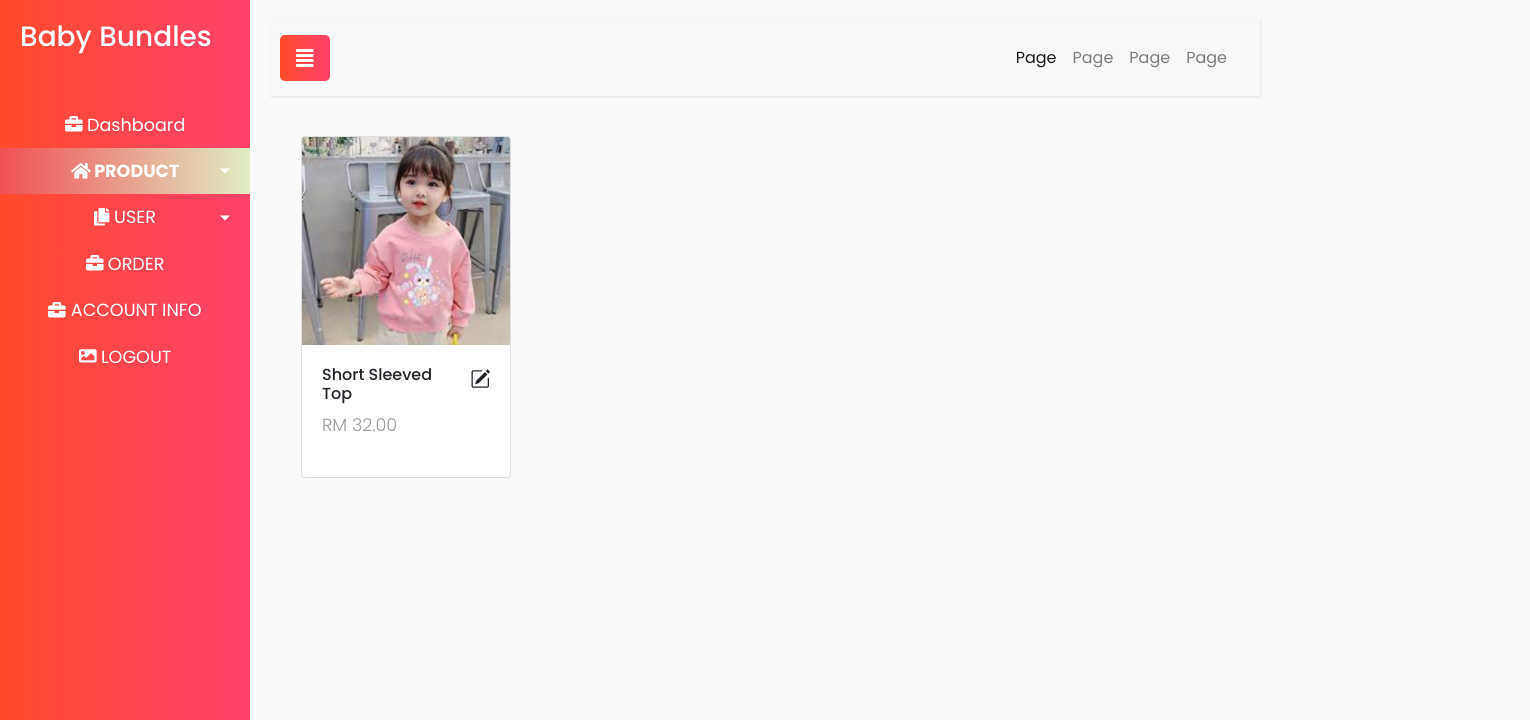
Repository: jiahow99/Baby-Bundles-University
Page: http://localhost/admin.php
These files come from the project's save history. The page is drawn as it stood at one moment and after the next save; the edit follows.
The browser window is 1280 px wide. The page is 1280 px wide, then 1530 px, then 1280 px, so the pictures cover 1530 px, including what lies to the right of the window. The pictures show the whole page.
Some web libraries are served in a nearby version. The page is run by PHP 8.4 with error messages shown; the project is at /var/www/html/. Queries for data that is not in the repository find no rows.

Above is the page before, as saved 2022-11-24 17:53:47.

### admin.php
<!DOCTYPE html>
<html>

<head>
    <meta charset="utf-8">
    <meta name="viewport" content="width=device-width, initial-scale=1.0">
    <meta http-equiv="X-UA-Compatible" content="IE=edge">

    <title>Admin</title>

    <!-- Bootstrap CSS CDN -->
    <link rel="stylesheet" href="https://stackpath.bootstrapcdn.com/bootstrap/4.1.0/css/bootstrap.min.css" integrity="sha384-9gVQ4dYFwwWSjIDZnLEWnxCjeSWFphJiwGPXr1jddIhOegiu1FwO5qRGvFXOdJZ4" crossorigin="anonymous">
    <!-- Our Custom CSS -->
    <link rel="stylesheet" href="css/admin.style.css">

    <!-- Font Awesome JS -->
    <script defer src="https://use.fontawesome.com/releases/v5.0.13/js/solid.js" integrity="sha384-tzzSw1/Vo+0N5UhStP3bvwWPq+uvzCMfrN1fEFe+xBmv1C/AtVX5K0uZtmcHitFZ" crossorigin="anonymous"></script>
    <script defer src="https://use.fontawesome.com/releases/v5.0.13/js/fontawesome.js" integrity="sha384-6OIrr52G08NpOFSZdxxz1xdNSndlD4vdcf/q2myIUVO0VsqaGHJsB0RaBE01VTOY" crossorigin="anonymous"></script>
    <!-- Bootstrap Icon -->
    <link rel="stylesheet" href="https://cdn.jsdelivr.net/npm/bootstrap-icons@1.3.0/font/bootstrap-icons.css">
    <!-- JQuery -->
    <script src="https://code.jquery.com/jquery-3.5.1.min.js"></script>


    <!-- AJAX display all products -->
    <script>
            $(document).ready(function(){
                $.ajax({
                    url: "fetch_product.php",
                    type: "get",
                    dataType: "JSON",
                    success:function(product)
                    {
                        var len = product.length;
                        for(i=0 ; i<len; i++){
                            var str = '<div class="col-3"><a href="#" class="card" ><img class="card-img-top" src="' + product[i].image +'" ><div class="card-body">' +
                            '<div class="row"><div class="col-9"><h6>' + product[i].title + '</h6><p>RM ' + product[i].price + '</p></div>' +
                            '<div class="col-3" style="font-size:20px;"><i class="bi bi-pencil-square"></i></div></div></div></a></div>';

                            $('#product').append(str);
                        }
                    }
                });
            });

    </script>

</head>

<body>

    <div class="wrapper">
        <!-- Sidebar  -->
        <nav id="sidebar">
            <div class="sidebar-header">
                <h3>Baby Bundles</h3>
                <strong>BS</strong>
            </div>

            <ul class="list-unstyled components">
                <!-- Dashboard -->
                <li>
                    <a href="#">
                        <i class="fas fa-briefcase"></i>
                        <span id="aboutlabel">Dashboard</span>
                    </a>
                </li>
                <!-- Product -->
                <li class="active">
                    <a href="#homeSubmenu" data-toggle="collapse" aria-expanded="false" class="dropdown-toggle">
                        <i class="fas fa-home"></i>
                        <span id="homelabel">PRODUCT</span>
                    </a>
                    <ul class="collapse list-unstyled" id="homeSubmenu">
                        <li>
                            <a href="#">ADD PRODUCT</a>
                        </li>
                        <li>
                            <a href="#">DELETE PRODUCT</a>
                        </li>
                        <li>
                            <a href="#">VIEW ALL</a>
                        </li>
                    </ul>
                </li>
                <!-- User -->
                <li>
                    <a href="#pageSubmenu" data-toggle="collapse" aria-expanded="false" class="dropdown-toggle">
                        <i class="fas fa-copy"></i>
                        <span id="pagelabel">USER</span>
                    </a>
                    <ul class="collapse list-unstyled" id="pageSubmenu">
                        <li>
                            <a href="#">ADD USER</a>
                        </li>
                        <li>
                            <a href="#">DELETE USER</a>
                        </li>
                        <li>
                            <a href="#">VIEW ALL</a>
                        </li>
                    </ul>
                </li>
                <!-- Order -->
                <li>
                    <a href="#">
                        <i class="fas fa-briefcase"></i>
                        <span id="aboutlabel">ORDER</span>
                    </a>
                </li>
                <!-- Account Info -->
                <li>
                    <a href="#">
                        <i class="fas fa-briefcase"></i>
                        <span id="aboutlabel">ACCOUNT INFO</span>
                    </a>
                </li>
                <!-- Log out -->
                <li>
                    <a href="#">
                        <i class="fas fa-image"></i>
                        <span id="portfoliolabel">LOGOUT</span>
                    </a>
                </li>
            </ul>


        </nav>

        <!-- Page Content  -->
        <div id="content">

            <nav class="navbar navbar-expand-lg navbar-light bg-light">
                <div class="container-fluid pl-0">

                    <button type="button" id="sidebarCollapse" class="btn-lg btn-primary">
                        <i class="fas fa-align-justify"></i>
                        <!-- <span>Toggle Sidebar</span> -->
                    </button>
                    <button class="btn btn-dark d-inline-block d-lg-none ml-auto" type="button" data-toggle="collapse" data-target="#navbarSupportedContent" aria-controls="navbarSupportedContent" aria-expanded="false" aria-label="Toggle navigation">
                        <i class="fas fa-align-justify"></i>
                    </button>

                    <div class="collapse navbar-collapse" id="navbarSupportedContent">
                        <ul class="nav navbar-nav ml-auto">
                            <li class="nav-item active">
                                <a class="nav-link" href="#">Page</a>
                            </li>
                            <li class="nav-item">
                                <a class="nav-link" href="#">Page</a>
                            </li>
                            <li class="nav-item">
                                <a class="nav-link" href="#">Page</a>
                            </li>
                            <li class="nav-item">
                                <a class="nav-link" href="#">Page</a>
                            </li>
                        </ul>
                    </div>
                </div>
            </nav>

            <div class="row mx-3" id="product">
                <div class="col-3" style="width:250px">
                    <!-- Product card -->
                    <a href="#" class="card">
                        <img class="card-img-top" src="img/top/top01.jpg" >
                        <div class="card-body">
                            <div class="row">
                                <!-- Title and Price -->
                                <div class="col-9">
                                    <h6>Short Sleeved Top</h6>
                                    <p>RM 32.00</p>
                                </div>
                                <!-- Edit icon -->
                                <div class="col-3" style="font-size:20px;"><i class="bi bi-pencil-square"></i></div>
                            </div>
                        </div>
                    </a>
                </div>
            </div>
    </div>

    <!-- Popper.JS -->
    <script src="https://cdnjs.cloudflare.com/ajax/libs/popper.js/1.14.0/umd/popper.min.js" integrity="sha384-cs/chFZiN24E4KMATLdqdvsezGxaGsi4hLGOzlXwp5UZB1LY//20VyM2taTB4QvJ" crossorigin="anonymous"></script>
    <!-- Bootstrap JS -->
    <script src="https://stackpath.bootstrapcdn.com/bootstrap/4.1.0/js/bootstrap.min.js" integrity="sha384-uefMccjFJAIv6A+rW+L4AHf99KvxDjWSu1z9VI8SKNVmz4sk7buKt/6v9KI65qnm" crossorigin="anonymous"></script>

    <script type="text/javascript">
        $(document).ready(function () {
            $('#sidebarCollapse').on('click', function () {
                $('#sidebar').toggleClass('active');
                $('#homelabel').toggleClass('d-none');
                $('#aboutlabel').toggleClass('d-none');
                $('#pagelabel').toggleClass('d-none');
                $('#portfoliolabel').toggleClass('d-none');
                $('#faqlabel').toggleClass('d-none');
                $('#contactlabel').toggleClass('d-none');
            });
        });
    </script>
</body>

</html>

### fetch_product.php
<?php

require_once('dbcontroller.php');

$dbcontroller = new DBController();

// Get all product
$result = $dbcontroller->selectProduct("SELECT * FROM product_table");

// Empty array
$output = array();

// Loop through Shopping Cart
foreach( $result as $product ){
    $product_array = array(
        'product_id' => $product['product_id'],
        'title' => mb_strimwidth($product['title'], 0, 30, "..."),
        'category' => $product['category'],
        'description' => $product['description'],
        'image' => $product['image'],
        'price' => $product['price']
    );

    // Append each product
    array_push($output, $product_array);

}

// Encode to JSON format
echo json_encode($output);



?>

### dbcontroller.php
<?php

class DBController{
    private $host = 'localhost';
    private $db = 'babybundles_database';
    private $user= 'root';
    private $pass = '';
    // private $attr = "mysql:host=$host;dbname=$db";
    // private $table = 'product_table';
    public $conn;

    // constructor
    function __construct(){
        $attr = "mysql:host=".$this->host.";dbname=".$this->db;
        $opts =
        [
            PDO::ATTR_ERRMODE => PDO::ERRMODE_EXCEPTION,
            PDO::ATTR_DEFAULT_FETCH_MODE => PDO::FETCH_ASSOC,
            PDO::ATTR_EMULATE_PREPARES => false,
        ];
        $this->conn = new PDO($attr, $this->user, $this->pass, $opts);
    }

    // Insert
    function insertQuery($query){
        $result = $this->conn->query($query);
        return $result;
    }

    // Select user
    function selectUser($query){
        $result = $this->conn->query($query);
        $row = $result->fetch();
        return $row;
    }

    // Select single product
    function selectSingleProduct($query){
        $result = $this->conn->query($query);
        $row = $result->fetch();
        return $row;
    }

    // Select all product
    function selectProduct($query){
        $result = $this->conn->query($query);
        $row = $result->fetchAll();
        return $row;
    }

    // Update shopping cart
    function updateCart($query){
        $result = $this->conn->query($query);
        return $result;
    }

    // count num of rows
    function numRows($query){
        $result = $this->conn->query($query);
        return $result->rowCount();
    }

    // limit text (title)
    function limit_text($text, $limit) {
        if (str_word_count($text, 0) > $limit) {
            $words = str_word_count($text, 2);
            $pos   = array_keys($words);
            $text  = substr($text, 0, $pos[$limit]) . '...';
        }
        return $text;
    }

    // sanitise()
    function sanitise($string){
        $string = htmlentities($string);
        return $string;
    }

}
?>

### css/admin.style.css
/*
    DEMO STYLE
*/

@import "https://fonts.googleapis.com/css?family=Poppins:300,400,500,600,700";

body {
    font-family: 'Poppins', sans-serif;
    background: #fafafa;
}

p {
    font-family: 'Poppins', sans-serif;
    font-size: 1.1em;
    font-weight: 300;
    line-height: 1.7em;
    color: #999;
}

a,
a:hover,
a:focus {
    color: inherit;
    text-decoration: none;
    transition: all 0.3s;
}

.navbar {
    padding: 15px 10px;
    background: #fff;
    border: none;
    border-radius: 0;
    margin-bottom: 40px;
    box-shadow: 1px 1px 3px rgba(0, 0, 0, 0.1);
}

.navbar-btn {
    box-shadow: none;
    outline: none !important;
    border: none;
}

.line {
    width: 100%;
    height: 1px;
    border-bottom: 1px dashed #ddd;
    margin: 40px 0;
}

i,
span {
    display: inline-block;
}

/* ---------------------------------------------------
    SIDEBAR STYLE
----------------------------------------------------- */

.wrapper {
    display: flex;
    align-items: stretch;
}

#sidebar {
    min-width: 250px;
    max-width: 250px;
    background: #FF416C;  /* fallback for old browsers */
    background: -webkit-linear-gradient(to right, #FF4B2B, #FF416C);  /* Chrome 10-25, Safari 5.1-6 */
    background: linear-gradient(to right, #FF4B2B, #FF416C); /* W3C, IE 10+/ Edge, Firefox 16+, Chrome 26+, Opera 12+, Safari 7+ */
    color: #fff;
    transition: all 0.3s;
}

#sidebar.active {
    min-width: 80px;
    max-width: 80px;
    text-align: center;
}

#sidebar.active .sidebar-header h3,
#sidebar.active .CTAs {
    display: none;
}

#sidebar.active .sidebar-header strong {
    display: block;
}

#sidebar ul li a {
    text-align: left;
}

#sidebar.active ul li a {
    padding: 20px 10px;
    text-align: center;
    font-size: 0.85em;
}

#sidebar.active ul li a i {
    margin-right: 0;
    display: block;
    font-size: 1.8em;
    margin-bottom: 5px;
}

#sidebar.active ul ul a {
    padding: 10px !important;
}

#sidebar.active .dropdown-toggle::after {
    top: auto;
    bottom: 10px;
    right: 50%;
    -webkit-transform: translateX(50%);
    -ms-transform: translateX(50%);
    transform: translateX(50%);
}

#sidebar .sidebar-header {
    padding: 20px;
    background: #FF416C;  /* fallback for old browsers */
    background: -webkit-linear-gradient(to right, #FF4B2B, #FF416C);  /* Chrome 10-25, Safari 5.1-6 */
    background: linear-gradient(to right, #FF4B2B, #FF416C); /* W3C, IE 10+/ Edge, Firefox 16+, Chrome 26+, Opera 12+, Safari 7+ */
}

#sidebar .sidebar-header strong {
    display: none;
    font-size: 1.8em;
}

#sidebar ul.components {
    padding: 20px 0;
}

#sidebar ul li a {
    padding: 10px;
    font-size: 1.1em;
    display: block;
    text-align: center;
}

#sidebar ul li a:hover {
    color: #dc1522;
    background: #fff;
    font-weight: bolder;
}

#sidebar ul li a i {
    margin-right: 10px;
}

#sidebar ul li.active>a,
a[aria-expanded="true"] {
    color: #fff;
    background: #e1eec3;  /* fallback for old browsers */
    background: -webkit-linear-gradient(to right, #f05053, #e1eec3);  /* Chrome 10-25, Safari 5.1-6 */
    background: linear-gradient(to right, #f05053, #e1eec3); /* W3C, IE 10+/ Edge, Firefox 16+, Chrome 26+, Opera 12+, Safari 7+ */
    font-weight: bolder;
}

a[data-toggle="collapse"] {
    position: relative;
}

.dropdown-toggle::after {
    display: block;
    position: absolute;
    top: 50%;
    right: 20px;
    transform: translateY(-50%);
}

ul ul a {
    font-size: 0.9em !important;
    padding-left: 30px !important;
    background: #6d7fcc;
}

ul.CTAs {
    padding: 20px;
}

ul.CTAs a {
    text-align: center;
    font-size: 0.9em !important;
    display: block;
    border-radius: 5px;
    margin-bottom: 5px;
}

a.download {
    background: #fff;
    color: #7386D5;
}

a.article,
a.article:hover {
    background: #6d7fcc !important;
    color: #fff !important;
}

/* ---------------------------------------------------
    CONTENT STYLE
----------------------------------------------------- */

#content {
    width: 100%;
    padding: 20px;
    min-height: 100vh;
    transition: all 0.3s;
}

/* ---------------------------------------------------
    MEDIAQUERIES
----------------------------------------------------- */

@media (max-width: 768px) {
    #sidebar {
        min-width: 80px;
        max-width: 80px;
        text-align: center;
        margin-left: -80px !important;
    }
    .dropdown-toggle::after {
        top: auto;
        bottom: 10px;
        right: 50%;
        -webkit-transform: translateX(50%);
        -ms-transform: translateX(50%);
        transform: translateX(50%);
    }
    #sidebar.active {
        margin-left: 0 !important;
    }
    #sidebar .sidebar-header h3,
    #sidebar .CTAs {
        display: none;
    }
    #sidebar .sidebar-header strong {
        display: block;
    }
    #sidebar ul li a {
        padding: 20px 10px;
    }
    #sidebar ul li a span {
        font-size: 0.85em;
    }
    #sidebar ul li a i {
        margin-right: 0;
        display: block;
    }
    #sidebar ul ul a {
        padding: 10px !important;
    }
    #sidebar ul li a i {
        font-size: 1.3em;
    }
    #sidebar {
        margin-left: 0;
    }
    #sidebarCollapse span {
        display: none;
    }
}

#homeSubmenu li a,#pageSubmenu li a{
    background: #ED213A;  /* fallback for old browsers */
    background: -webkit-linear-gradient(to right, #93291E, #ED213A);  /* Chrome 10-25, Safari 5.1-6 */
    background: linear-gradient(to right, #93291E, #ED213A); /* W3C, IE 10+/ Edge, Firefox 16+, Chrome 26+, Opera 12+, Safari 7+ */



}

.btn-primary{
    background: #FF416C;  /* fallback for old browsers */
    background: -webkit-linear-gradient(to right, #FF4B2B, #FF416C);  /* Chrome 10-25, Safari 5.1-6 */
    background: linear-gradient(to right, #FF4B2B, #FF416C); /* W3C, IE 10+/ Edge, Firefox 16+, Chrome 26+, Opera 12+, Safari 7+ */
    border: 0;
    cursor: pointer;
}

After the next save:
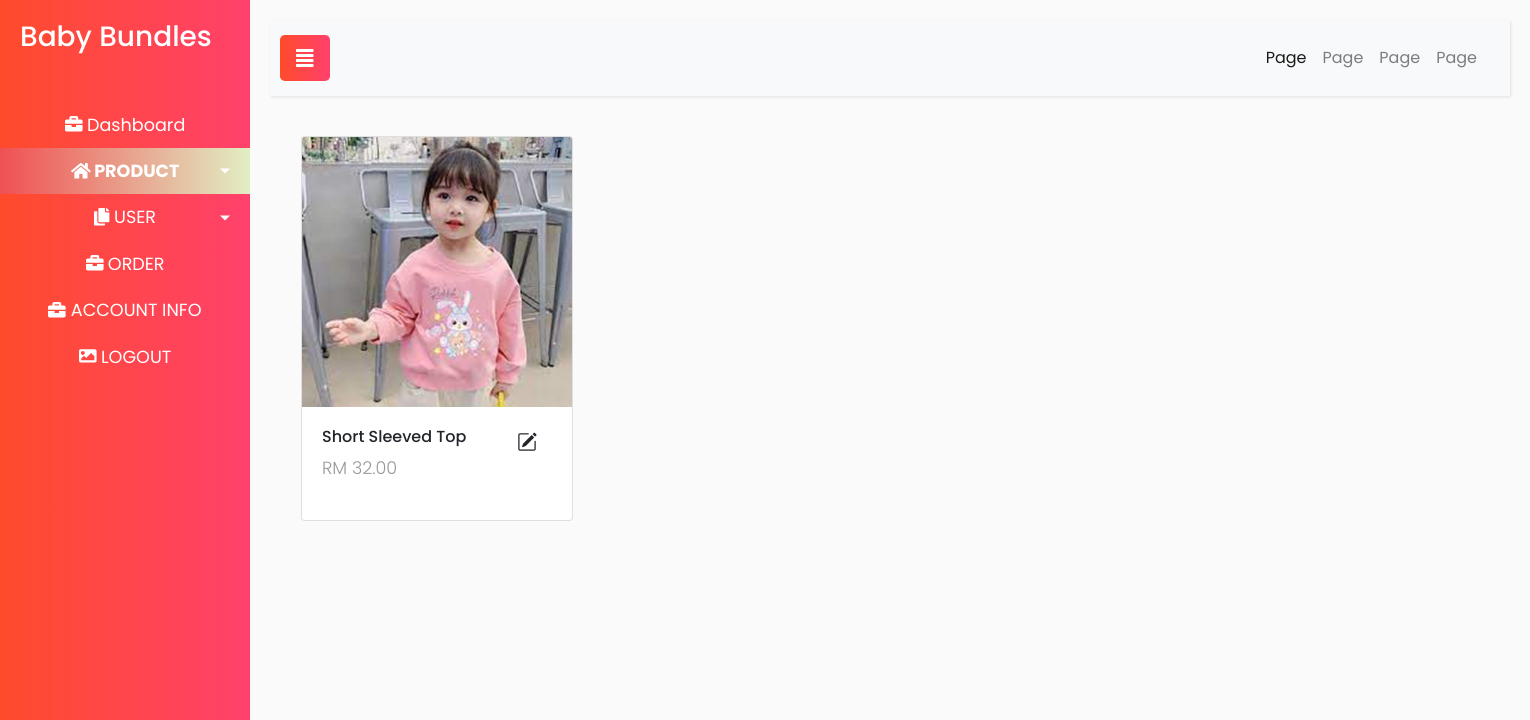
Saved 4 s later.
--- a/admin.php
+++ b/admin.php
@@ -161,7 +161,7 @@
             </nav>
 
             <div class="row mx-3" id="product">
-                <div class="col-3" style="width:250px">
+                <div class="col-3" style="width:2250px">
                     <!-- Product card -->
                     <a href="#" class="card">
                         <img class="card-img-top" src="img/top/top01.jpg" >

After the 5 saves that followed:
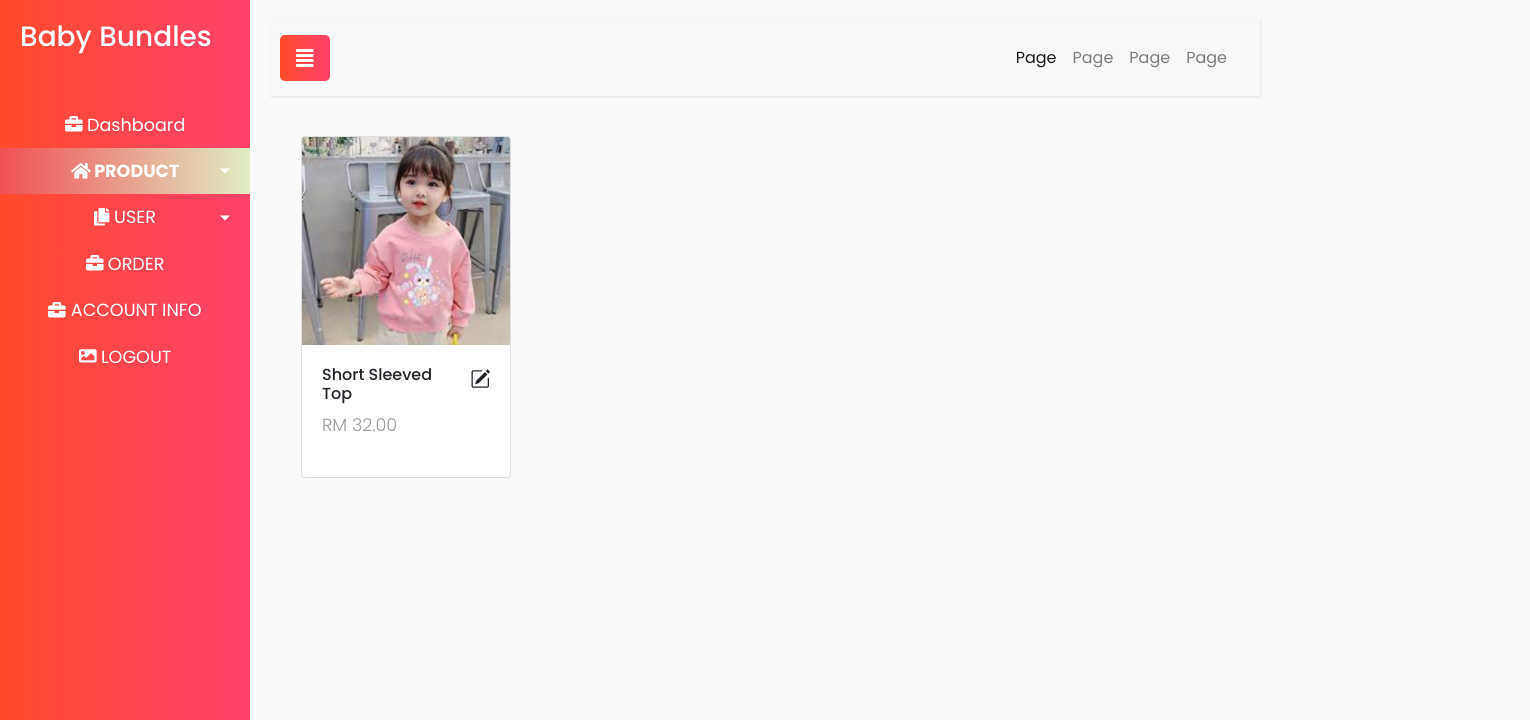
The 5 saves are shown as one change because they came seconds apart.
The last was saved 16 s later.
--- a/admin.php
+++ b/admin.php
@@ -161,7 +161,7 @@
             </nav>
 
             <div class="row mx-3" id="product">
-                <div class="col-3" style="width:2250px">
+                <div class="col-3" style="width:500px">
                     <!-- Product card -->
                     <a href="#" class="card">
                         <img class="card-img-top" src="img/top/top01.jpg" >
